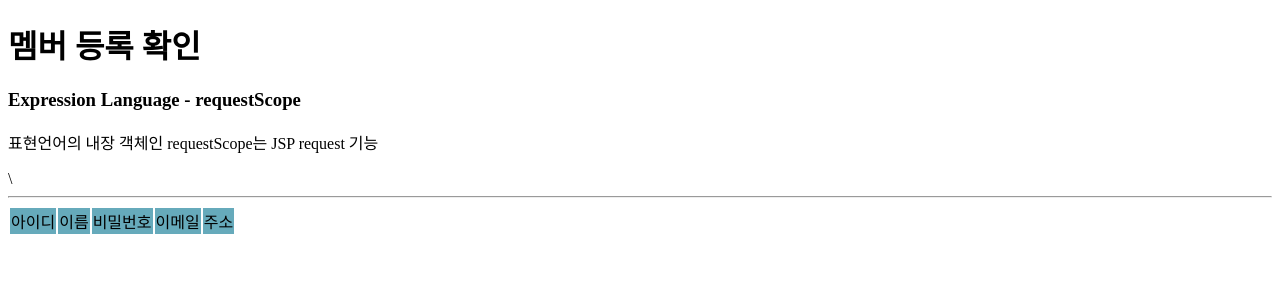
Repository: jsb5589/JAVAStudy
Page: http://localhost/JSP04/members/member3.jsp
An editor plug-in stored every save of this project. The page is shown before and after the next save, followed by the edit.
The browser window is 1280 px wide. The pictures show the whole page.
The page is served by Tomcat 9.

Above is the page before, as saved 2021-08-12 07:57:10.

After the next save:
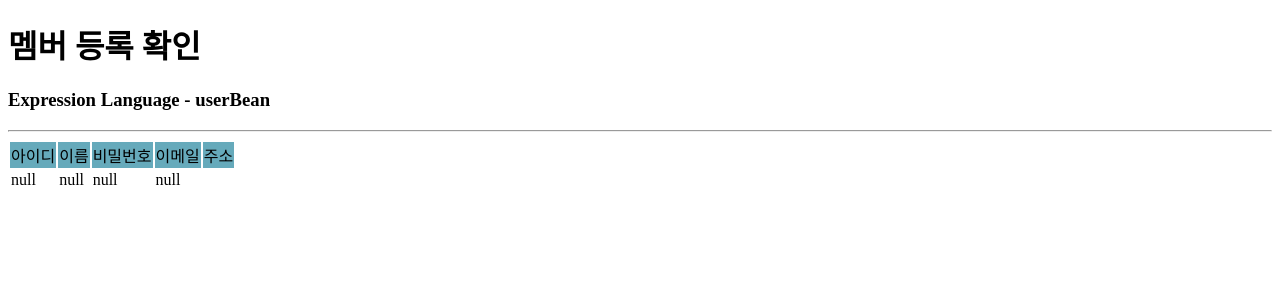
Saved 72 s later.
--- a/EZWebs/JSP04/src/main/webapp/members/member3.jsp
+++ b/EZWebs/JSP04/src/main/webapp/members/member3.jsp
@@ -17,8 +17,7 @@
 </head>
 <body>
 	<h1>멤버 등록 확인</h1>
-	<h3>Expression Language - requestScope</h3>
-	<p>표현언어의 내장 객체인 requestScope는 JSP request 기능</p>\
+	<h3>Expression Language - userBean</h3>
 	<hr>
 	<table>
 		<tr bgcolor="66aabb">
@@ -27,6 +26,12 @@
 			<td>비밀번호</td>
 			<td>이메일</td>
 			<td>주소</td>
+		</tr>
+		<tr>
+			<td><%=member.getMid()%></td>
+			<td><%=member.getMname()%></td>
+			<td><%=member.getPwd()%></td>
+			<td><%=member.getEmail()%></td>
 		</tr>
 		<tr>
 			<td>${param.mid}</td>
